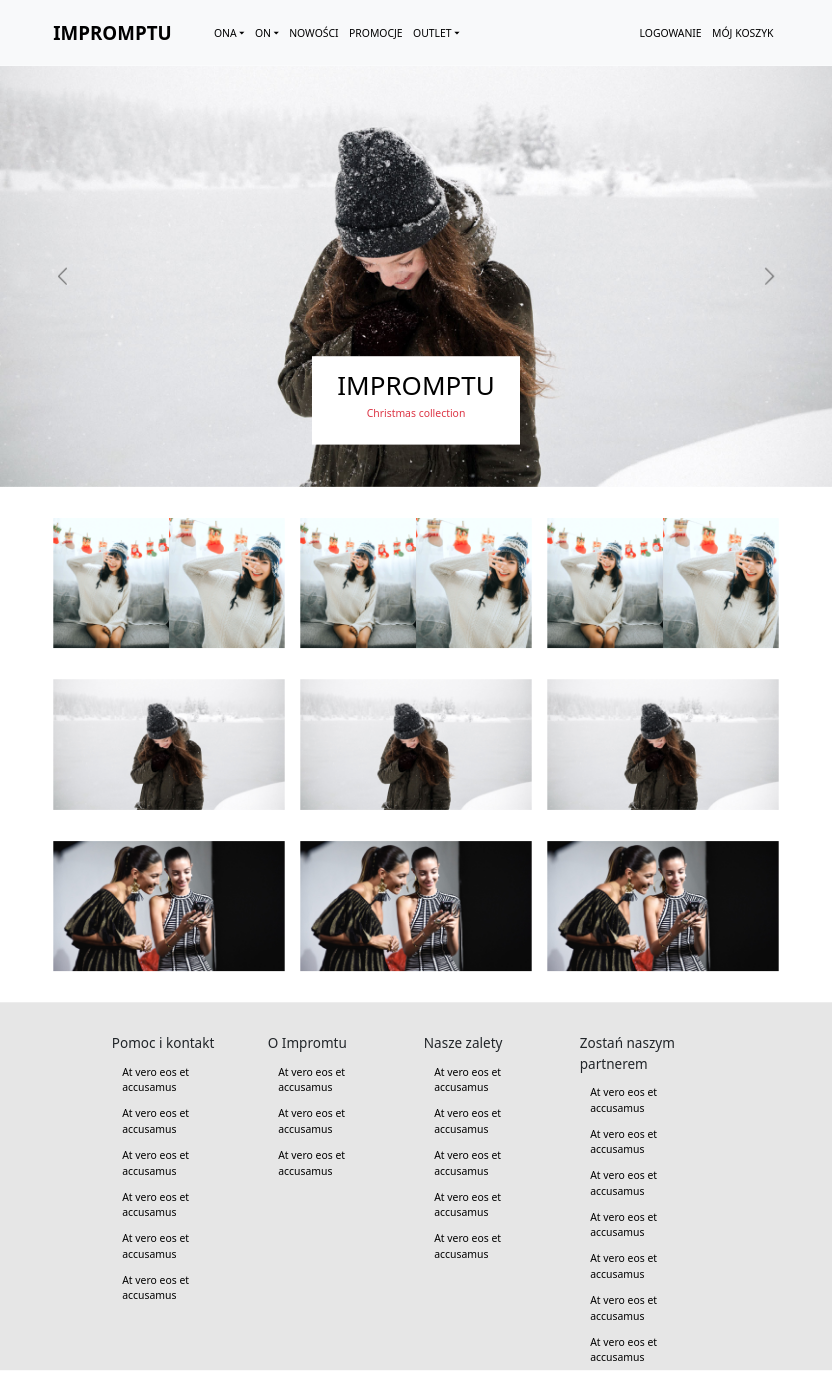
Repository: michalgornicki/Impromptu
Page: /
An editor plug-in stored every save of this project. The page is shown before and after a run of saves, followed by the edit.
The browser window is 1280 px wide. The pictures show the whole page, at 65% of full size.
The pointer rests on the first visible `.grid-item`.
The project was rebuilt for these pictures with package versions that can differ from the ones it lists, and the page was loaded fresh each time.

Above is the page before, as saved 2021-12-23 14:19:21.

After the next 6 saves:
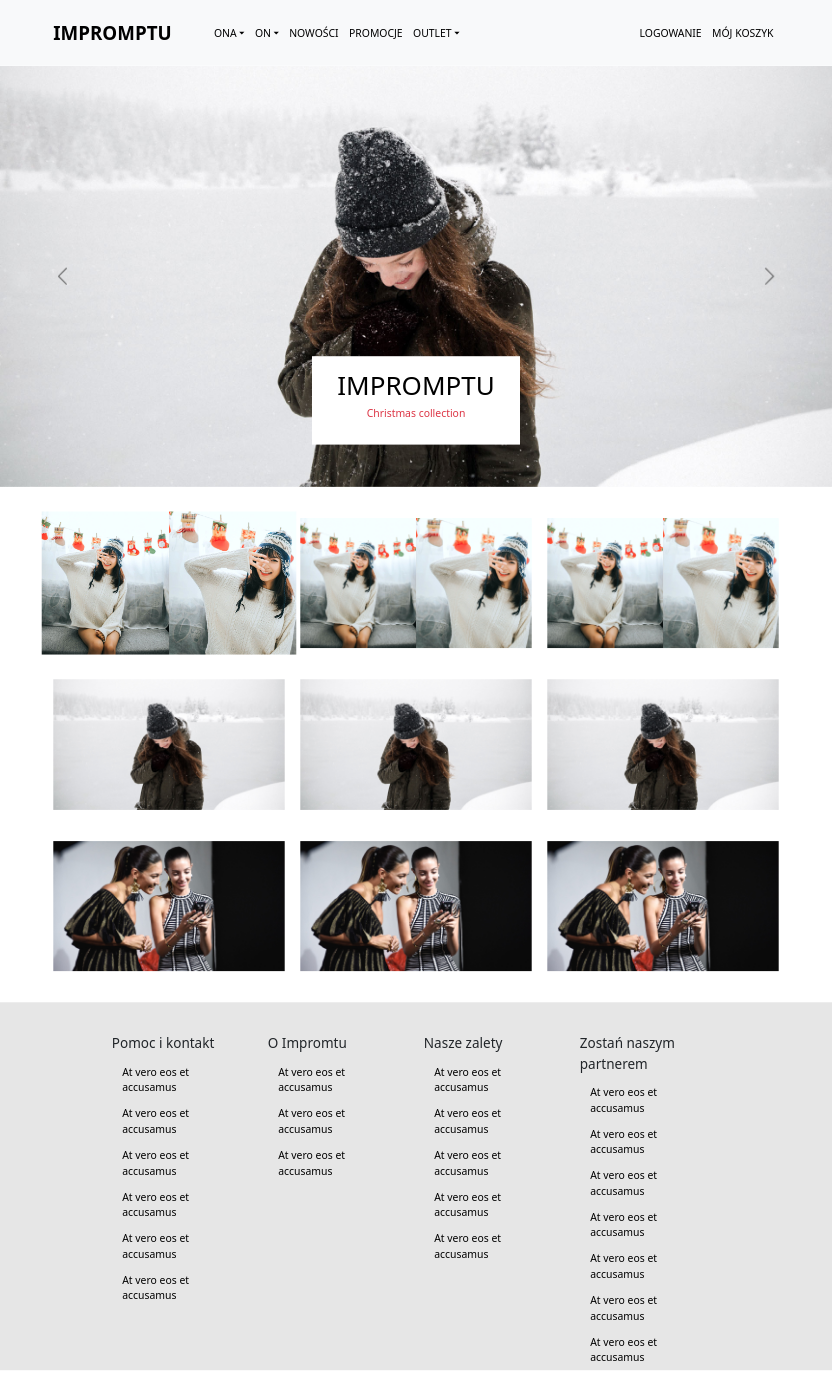
The 6 saves are shown as one change because they came seconds apart.
The last was saved 33 s later.
--- a/src/App.css
+++ b/src/App.css
@@ -43,5 +43,5 @@
 }
 
 .grid-item:hover{
-
+ transform: scale(1.1);
 }
